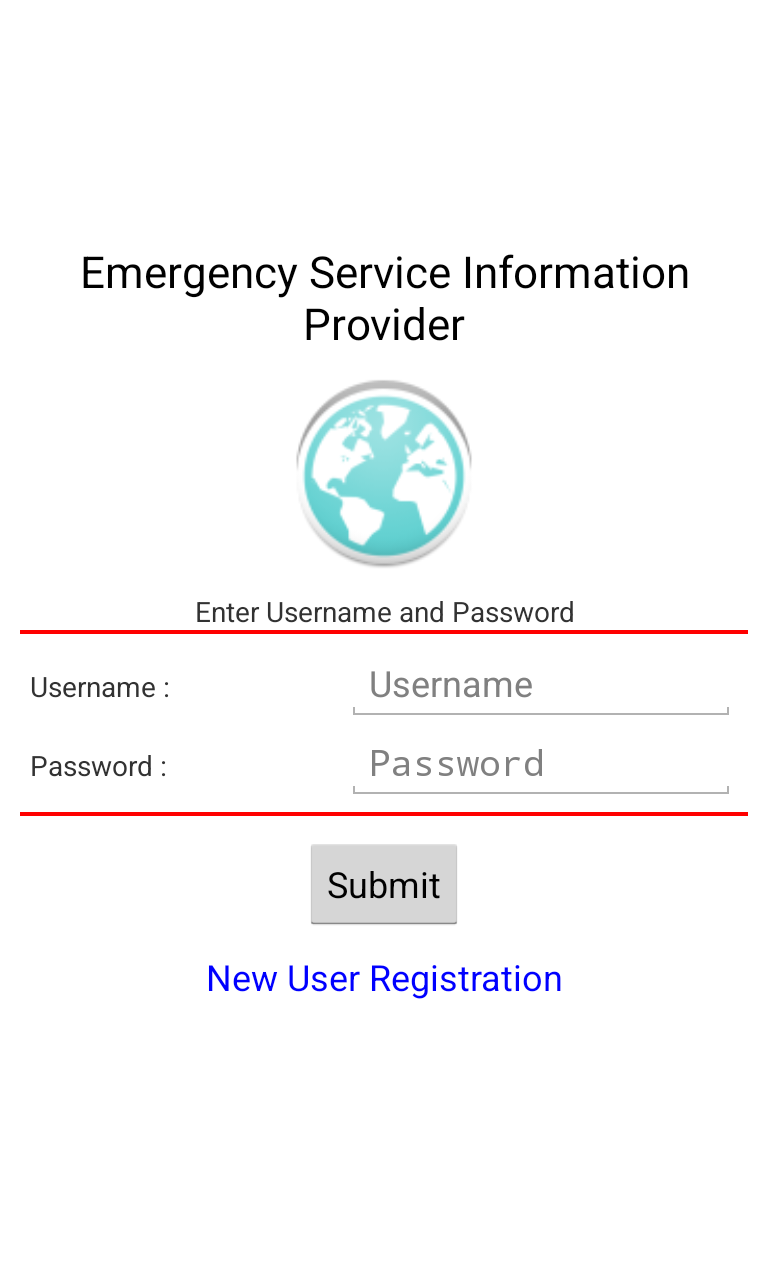
Repository: mansee8/Emergency-Service-Information-Provider
Layout: Emergency Service Information Provider/ESIP/ESIP/res/layout/selectgroup.xml
These files come from the project's save history. The layout is drawn as it stood at one moment and after the next save; the edit follows.
It is drawn on a 768 x 1280 px phone screen (xhdpi) without system bars, with theme AppTheme; the app's code is not run.

Above is the layout before, as saved 2014-03-06 09:22:35.

After the next save:
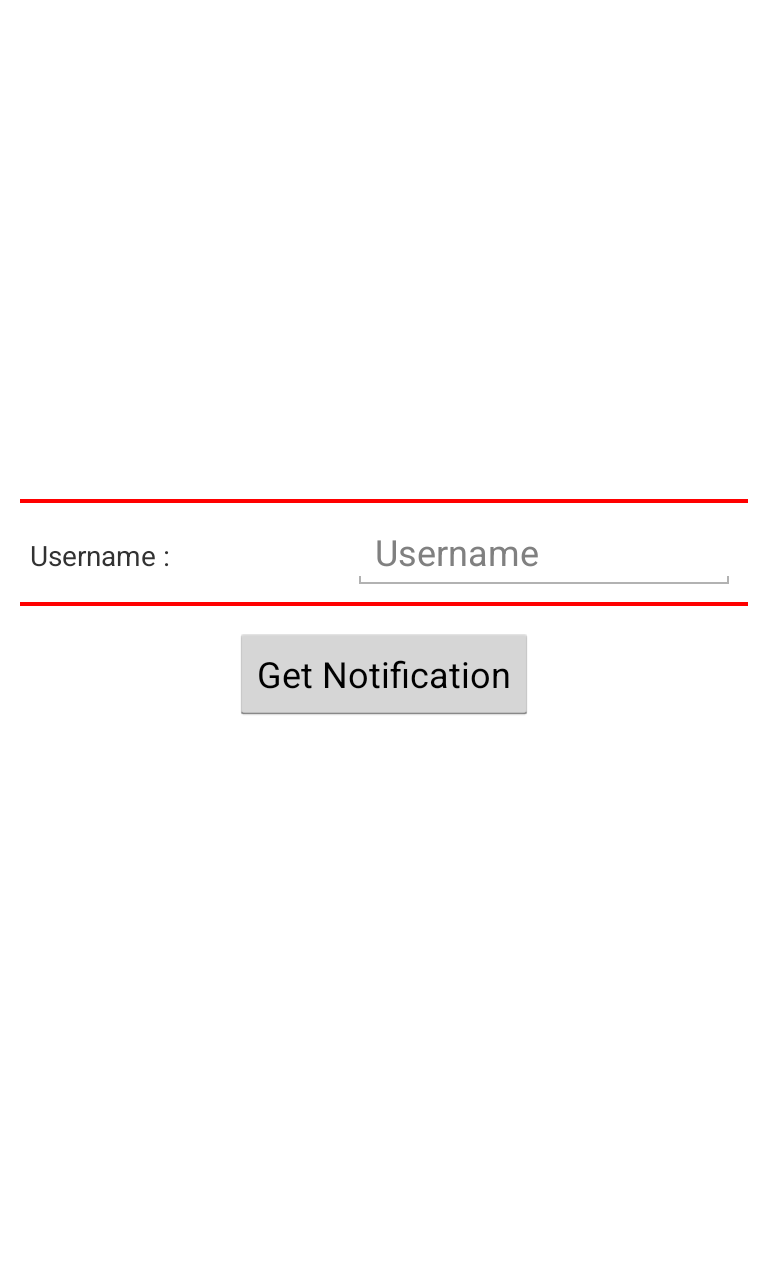
Saved 41 min 2 s later.
--- a/Emergency Service Information Provider/ESIP/ESIP/res/layout/selectgroup.xml
+++ b/Emergency Service Information Provider/ESIP/ESIP/res/layout/selectgroup.xml
@@ -12,27 +12,6 @@
         android:gravity="center"
         android:orientation="vertical"
         android:padding="5dp" >
-
-        <TextView
-            android:id="@+id/textView1"
-            android:layout_width="fill_parent"
-            android:layout_height="wrap_content"
-            android:gravity="center"
-            android:text="Emergency Service Information Provider"
-            android:textAppearance="?android:attr/textAppearanceLarge" />
-
-        <ImageView
-            android:id="@+id/imageView1"
-            android:layout_width="100dp"
-            android:layout_height="100dp"
-            android:layout_margin="10dp"
-            android:src="@drawable/ic_launcher" />
-
-        <TextView
-            android:layout_width="fill_parent"
-            android:layout_height="wrap_content"
-            android:gravity="center"
-            android:text="Enter Username and Password" />
 
         <View
             android:layout_width="fill_parent"
@@ -60,18 +39,6 @@
             </TableRow>
 
             <TableRow>
-
-                <TextView
-                    android:layout_width="wrap_content"
-                    android:layout_height="wrap_content"
-                    android:text="Password : " />
-
-                <EditText
-                    android:id="@+id/passwordEditText"
-                    android:layout_width="wrap_content"
-                    android:layout_height="wrap_content"
-                    android:hint="Password"
-                    android:inputType="textPassword" />
             </TableRow>
         </TableLayout>
 
@@ -81,20 +48,11 @@
             android:background="#ff0000" />
 
         <Button
-            android:id="@+id/submitButton"
+            android:id="@+id/notifButton"
             android:layout_width="wrap_content"
             android:layout_height="wrap_content"
             android:layout_margin="10dp"
-            android:text="Submit" />
-
-        <TextView
-            android:id="@+id/newUserView"
-            android:layout_width="fill_parent"
-            android:layout_height="wrap_content"
-            android:gravity="center"
-            android:textColor="#0000FF"
-            android:text="New User Registration"
-            android:textAppearance="?android:attr/textAppearanceMedium" />
+            android:text="Get Notification" />
 
         <TextView
             android:gravity="center"
